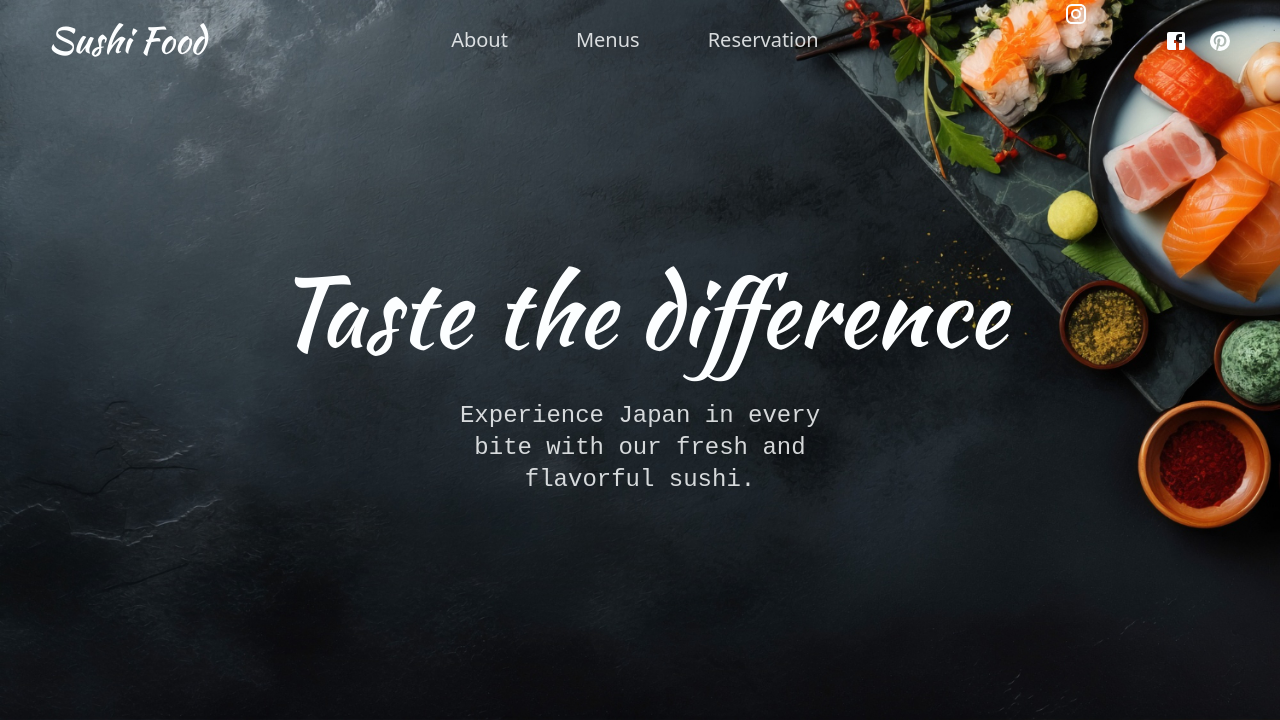
Repository: Adrien-legeleu/sushi-food
Page: /
These files come from the project's save history. The page is drawn as it stood at one moment and after the next save; the edit follows.
The browser window is 1280 px wide. The pictures show the whole page.
Some web fonts or font styles are not loaded; a fallback is used. The project was rebuilt for these pictures with package versions that can differ from the ones it lists, and the page was loaded fresh each time. Also part of the build but not shown: vite.config.ts.

Above is the page before, as saved 2024-04-28 20:23:51.

### src/App.tsx
import { Header, Landing } from "./Components"

const App =()=> {
  return (
    <div className="bg-greenBlack h-full w-full">
      <Header/>
      <Landing/>
    </div>
  )
}

export default App

### src/index.css
@import url('https://fonts.googleapis.com/css2?family=Kaushan+Script&family=Nanum+Gothic+Coding&display=swap');

@tailwind base;
@tailwind components;
@tailwind utilities;

*{
    margin: 0;
    padding: 0;
    box-sizing: border-box;
}

### src/Components/index.ts
export * from "./Landing";
export * from "./Header";

### src/Components/Landing.tsx
export const Landing =()=>{
    return(
        <div className="h-screen w-full bg-[url('././assets/mainfond.jpg')] bg-cover bg-center-top flex items-center justify-center flex-col gap-10 pt-10">
            <h1 className="font-title text-whiteTitle text-8xl">Taste the difference</h1>
            <p className="text-whiteText font-text text-2xl text-center w-1/3">Experience Japan in every bite with our fresh and flavorful sushi.</p>
        </div>
    )
}

### src/Components/Header.tsx
import InstagramIcon from '@mui/icons-material/Instagram';
import FacebookIcon from '@mui/icons-material/Facebook';
import PinterestIcon from '@mui/icons-material/Pinterest';
export const Header =()=>{
    return (
        <div className='fixed h-20 w-full max-w-[1400px] top-0 left-1/2 -translate-x-1/2 flex justify-between items-center pl-12 pr-12'>
            <h2 className='font-title text-4xl text-whiteTitle'>Sushi Food</h2>
            <ul className='flex items-center gap-5 justify-between text-whiteText text-xl'>
                <li className='cursor-pointer  duration-200 hover:bg-green rounded-full p-6 pt-2 pb-2'>About</li>
                <li className='cursor-pointer  duration-200 hover:bg-green rounded-full p-6 pt-2 pb-2'>Menus</li>
                <li className='cursor-pointer  duration-200 hover:bg-green rounded-full p-6 pt-2 pb-2'>Reservation</li>
            </ul>
            <ul className='flex items-center justify-between gap-5  text-whiteTitle'>
                <li className='cursor-pointer w-20 h-20  duration-300 hover:scale-125'>
                    <InstagramIcon className='w-full h-full'/>


                </li>
                <li className='cursor-pointer  duration-300 hover:scale-125'> <FacebookIcon/></li>
                <li className='cursor-pointer  duration-300 hover:scale-125'><PinterestIcon/></li>
            </ul>
        </div>
    )
}

### tailwind.config.js
/** @type {import('tailwindcss').Config} */
export default {
  content: ["./index.html", "./src/**/*.{js,ts,jsx,tsx}"],
  theme: {
    extend: {
      backgroundColor: {
        greenBlack: "#0B1517",
      },
      colors: {
        green: "#A6977C",
        whiteTitle: "#FCFEFF",
        whiteText: "#FCFEFFD5",
      },
    },
    fontFamily: {
      title: ["Kaushan Script", "cursive"],
      text: ["Nanum Gothic Coding", "monospace"],
    },
  },
  plugins: [],
};

Loaded but not shown: index.html (common file); src/main.tsx (common file)

After the next save:
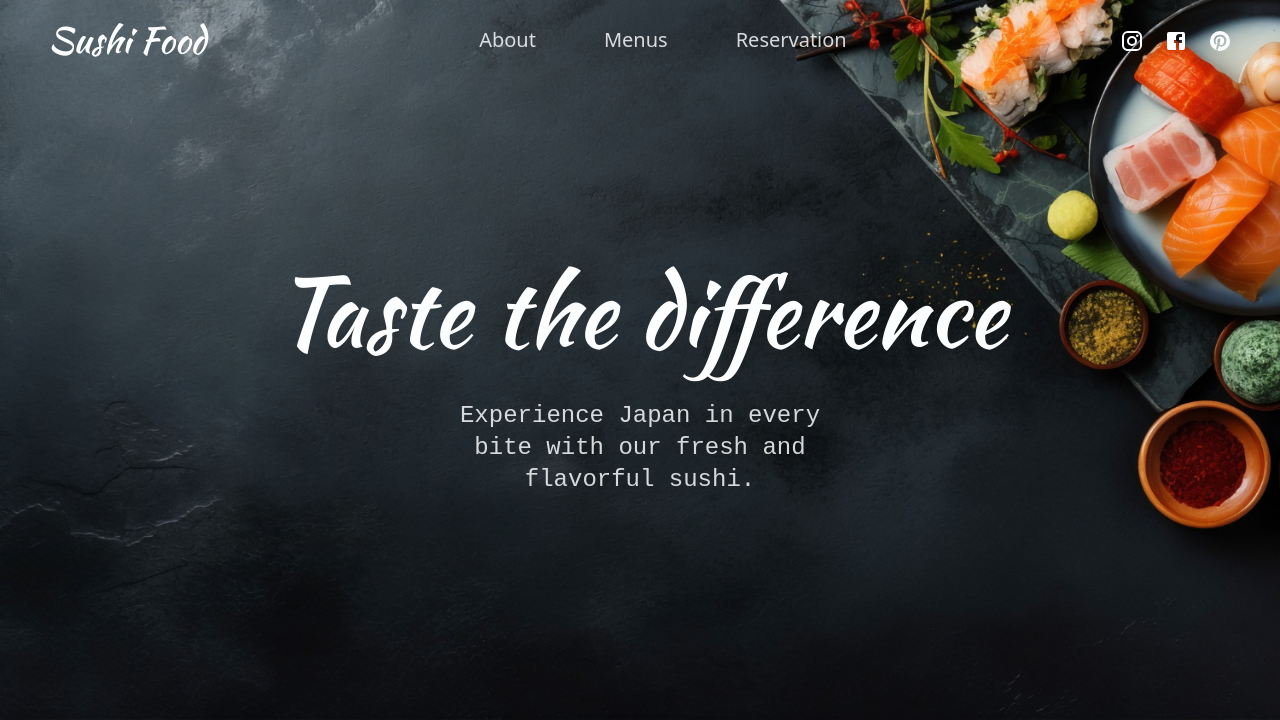
Saved 6 s later.
--- a/src/Components/Header.tsx
+++ b/src/Components/Header.tsx
@@ -11,8 +11,8 @@ export const Header =()=>{
                 <li className='cursor-pointer  duration-200 hover:bg-green rounded-full p-6 pt-2 pb-2'>Reservation</li>
             </ul>
             <ul className='flex items-center justify-between gap-5  text-whiteTitle'>
-                <li className='cursor-pointer w-20 h-20  duration-300 hover:scale-125'>
-                    <InstagramIcon className='w-full h-full'/>
+                <li className='cursor-pointer  duration-300 hover:scale-125'>
+                    <InstagramIcon/>
 
 
                 </li>
